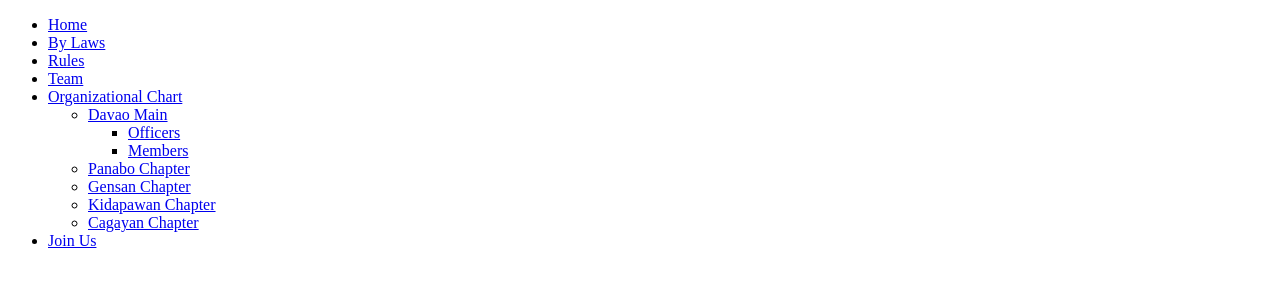
Repository: biosite2024/biositemedicalinstrument
Page: navbar.html
The author's editor kept a copy of each file at every save. The page is drawn from the files as they stood at one save, then again after the next save.
The browser window is 1280 px wide. The pictures show the whole page.

Above is the page before, as saved 2024-07-01 10:34:07.

After the next save:
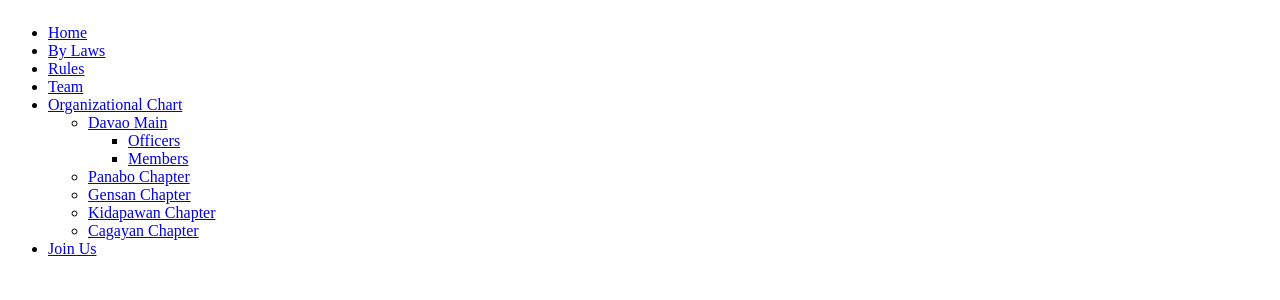
Saved 11 s later.
--- a/navbar.html
+++ b/navbar.html
@@ -7,6 +7,8 @@
     <title>Document</title>
 </head>
 <body>
+<link rel="stylesheet" href="/nav.css">
+
     <nav id="navbar" class="navbar">
         <ul>
           <li><a class="nav-link scrollto active" href="#hero">Home</a></li>
